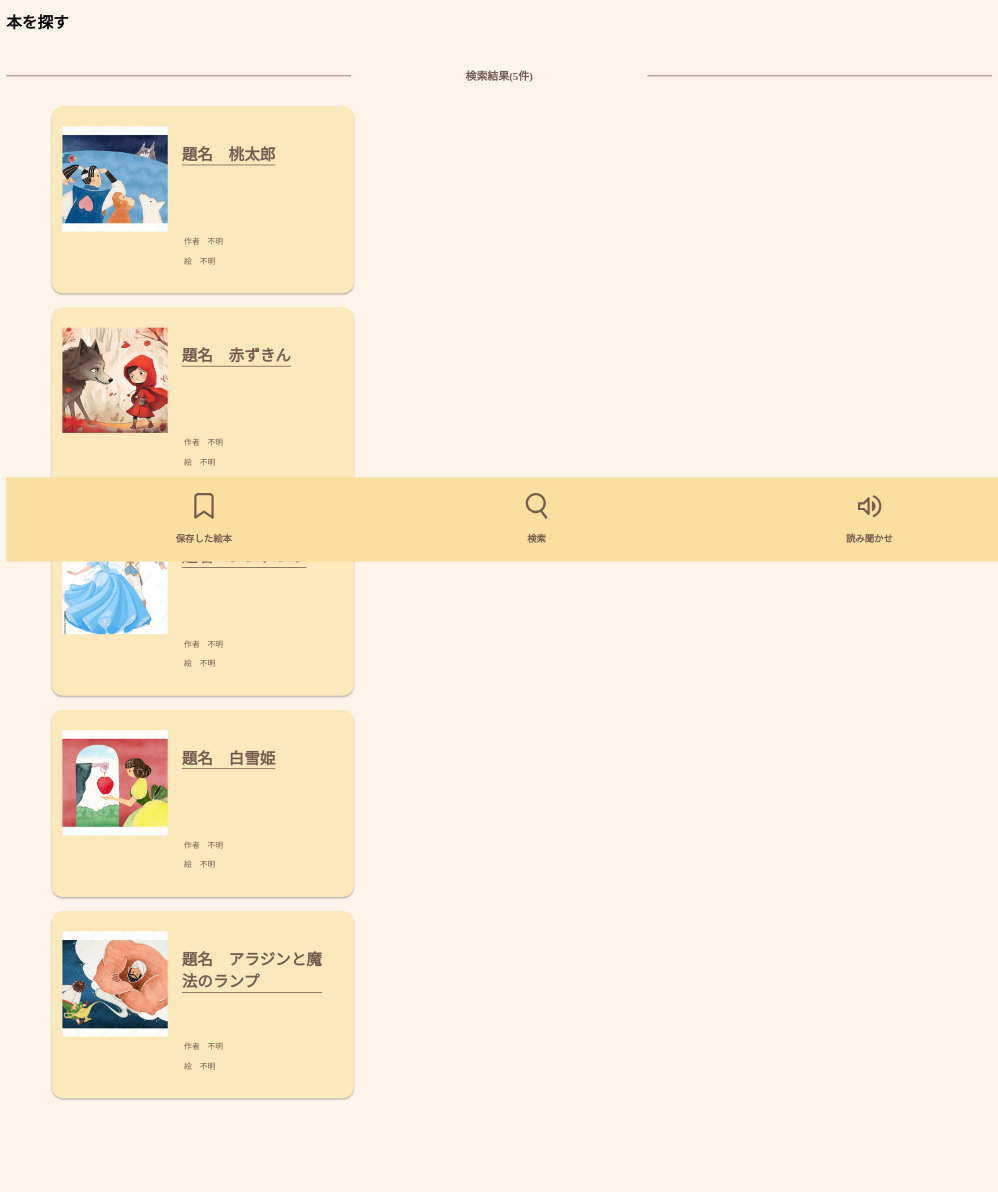
Repository: kmii12/2024-teampj
Page: /result
The author's editor kept a copy of each file at every save. The page is drawn from the files as they stood at one save, then again after the next save.
The browser window is 1280 px wide. The pictures show the whole page, at 78% of full size.
The project was rebuilt for these pictures with package versions that can differ from the ones it lists, and the page was loaded fresh each time. The framework's server and built-in components were replaced by stand-ins that run in the browser. Also part of the build but not shown: next.config.mjs.

Above is the page before, as saved 2024-10-29 22:43:58.

After the next save:
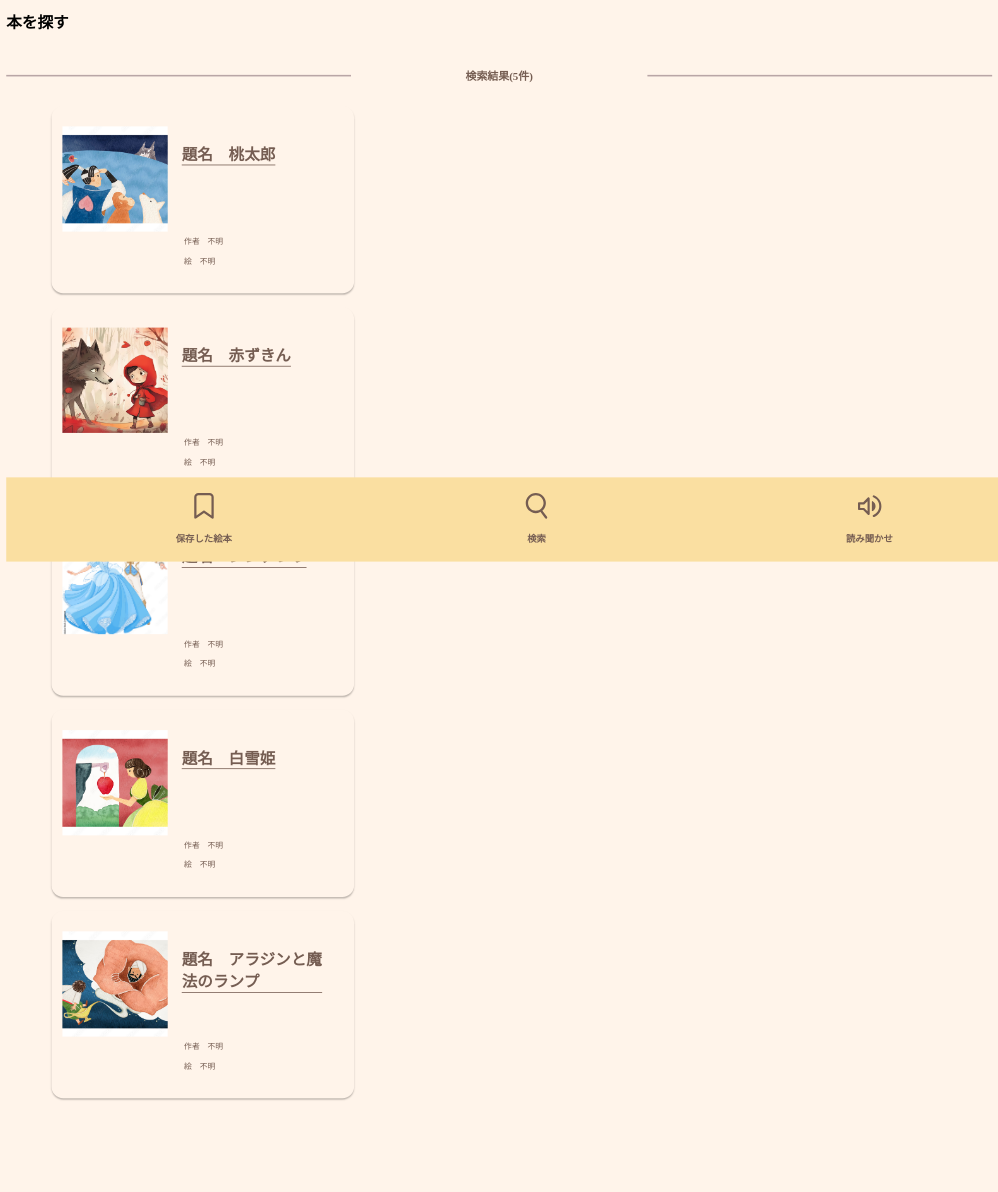
Saved 117 s later.
--- a/src/app/result/Result.module.scss
+++ b/src/app/result/Result.module.scss
@@ -40,7 +40,6 @@
     margin: 18px;
     width: 360px;
     height: 188px;
-    background-color: $main_pale;
     border-radius: 15px;
     box-shadow: 0px 2px 2px rgba($color: #000000, $alpha: 0.25);
     position: relative;

After the save that followed:
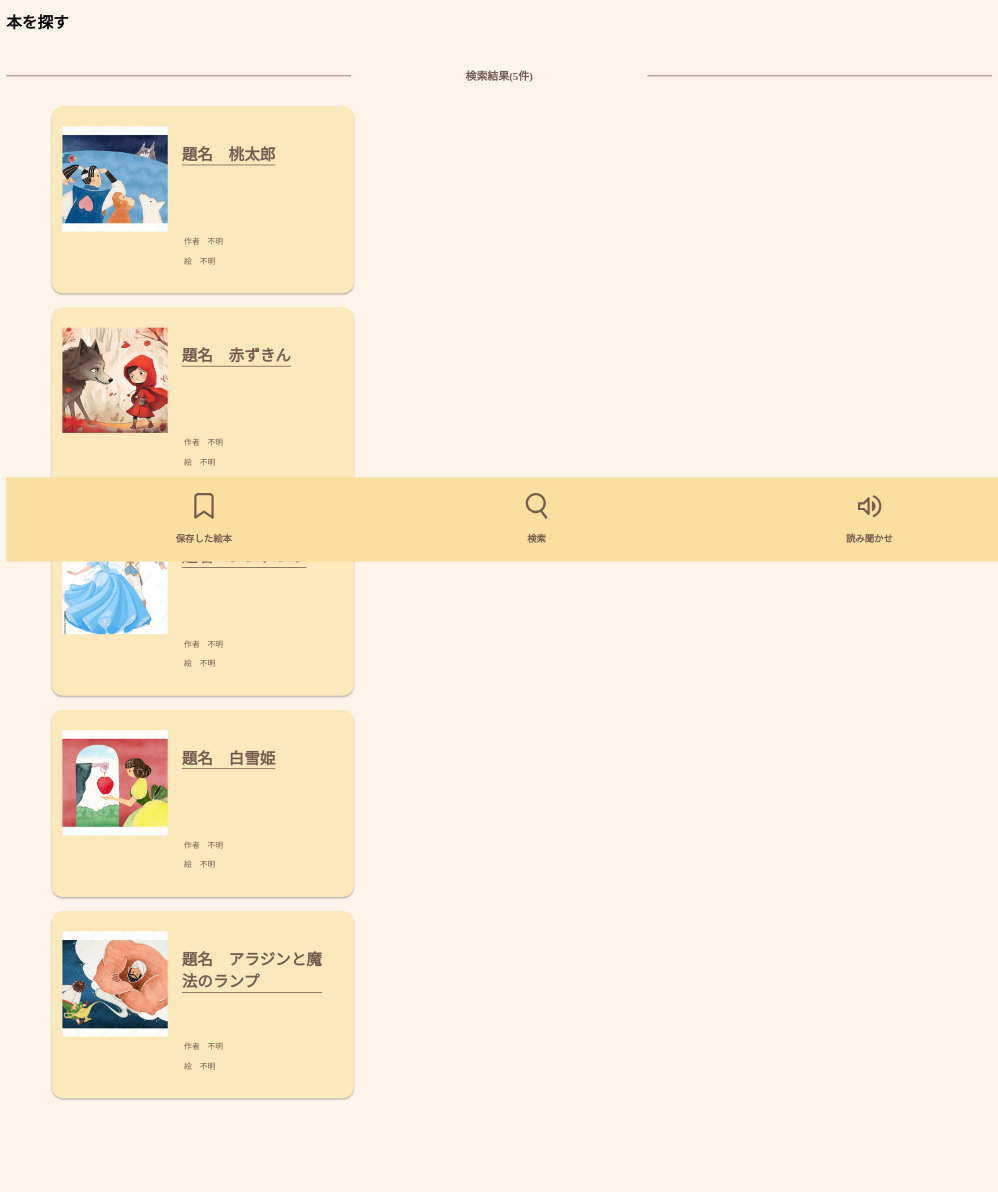
Saved 14 s later.
--- a/src/app/result/Result.module.scss
+++ b/src/app/result/Result.module.scss
@@ -40,6 +40,7 @@
     margin: 18px;
     width: 360px;
     height: 188px;
+    background-color: $main_pale;
     border-radius: 15px;
     box-shadow: 0px 2px 2px rgba($color: #000000, $alpha: 0.25);
     position: relative;
